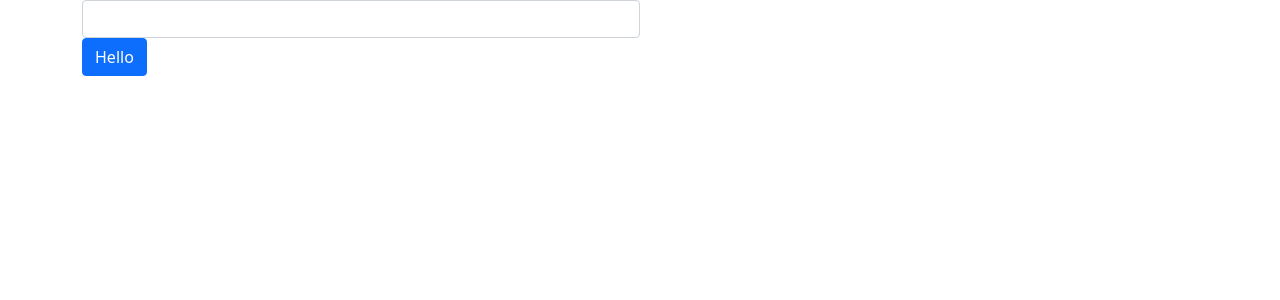
Repository: nashthecoder/vuebasics
Page: twoway-databinding.html
The author's editor kept a copy of each file at every save. The page is drawn from the files as they stood at one save, then again after the next save.
The browser window is 1280 px wide. The pictures show the whole page.

Above is the page before, as saved 2021-01-05 17:55:05.

After the next save:
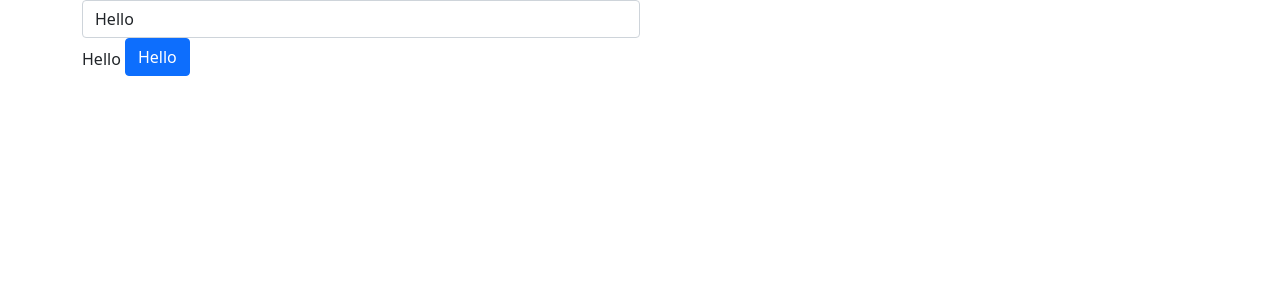
Saved 88 s later.
--- a/twoway-databinding.html
+++ b/twoway-databinding.html
@@ -19,11 +19,11 @@
 
     <form action="">
       <div class="col-sm-6">
-      <input type="text" class="form-control"></input>
-
+      <input v-model="message" type="text" class="form-control"></input>
       </div>
 
     </form>
+    {{message}}
 
     <h1 class="btn btn-primary">{{ message }}</h1>
 
